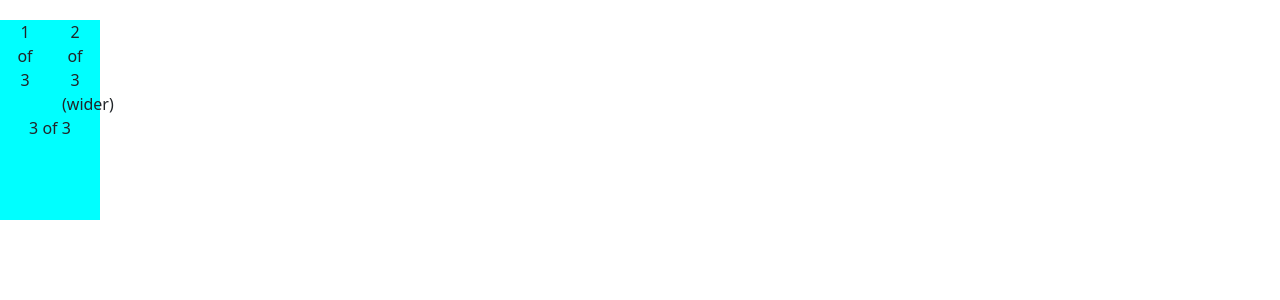
Repository: golddrone7/front
Page: http://localhost/project03/naver/index.jsp
An editor plug-in stored every save of this project. The page is shown before and after the next save, followed by the edit.
The browser window is 1280 px wide. The pictures show the whole page.
The page is served by Tomcat 9.

Above is the page before, as saved 2023-02-28 06:55:38.

### project03/naver/index.jsp
<%@ page language="java" contentType="text/html; charset=UTF-8"
    pageEncoding="UTF-8"%>
<!DOCTYPE html>
<html>
<head>
<meta charset="UTF-8">
<title>Insert title here</title>
<link href="https://cdn.jsdelivr.net/npm/bootstrap@5.2.3/dist/css/bootstrap.min.css" rel="stylesheet">
<script src="https://cdn.jsdelivr.net/npm/bootstrap@5.2.3/dist/js/bootstrap.bundle.min.js" ></script>
<style type="text/css">
body {
	margin: 0px;
}
nav {
	display: block;
	margin-top: 20px;
	background-color: aqua;
	height: 200px;
	width: 100px;

}
</style>
</head>
<body>
<nav>
<div class="container text-center">
  <div class="row">
    <div class="col">
      1 of 3
    </div>
    <div class="col-6">
      2 of 3 (wider)
    </div>
    <div class="col">
      3 of 3
    </div>
  </div>
</div>
</nav>



</body>
</html>

After the next save:
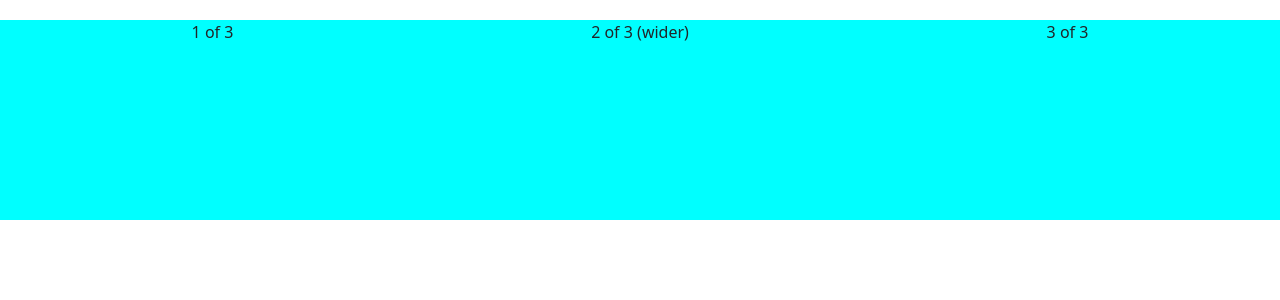
Saved 26 s later.
--- a/project03/naver/index.jsp
+++ b/project03/naver/index.jsp
@@ -12,11 +12,10 @@
 	margin: 0px;
 }
 nav {
-	display: block;
 	margin-top: 20px;
 	background-color: aqua;
 	height: 200px;
-	width: 100px;
+	width: auto;
 
 }
 </style>
